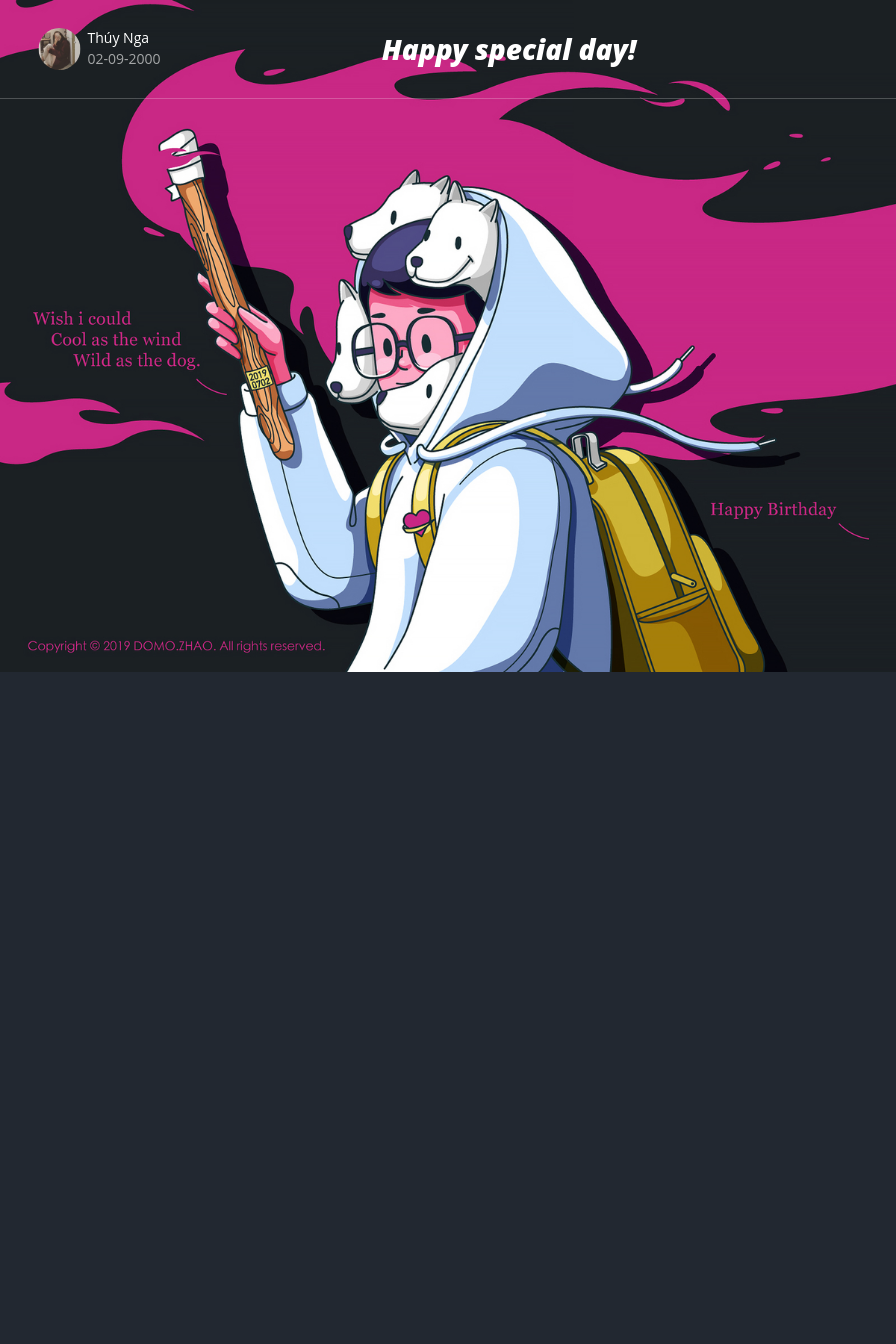
Repository: Datt21/p-happyB
Page: index.html
These files come from the project's save history. The page is drawn as it stood at one moment and after the next save; the edit follows.
The browser window is 1280 px wide. The pictures show the part of the page from y = 0 to 1920 px (the page is 2160 px tall before and 5409 px after), at 70% of full size.
Some icons come from a web library that is not loaded, so they are not drawn.

Above is the page before, as saved 2021-08-31 05:00:58.

After the next save:
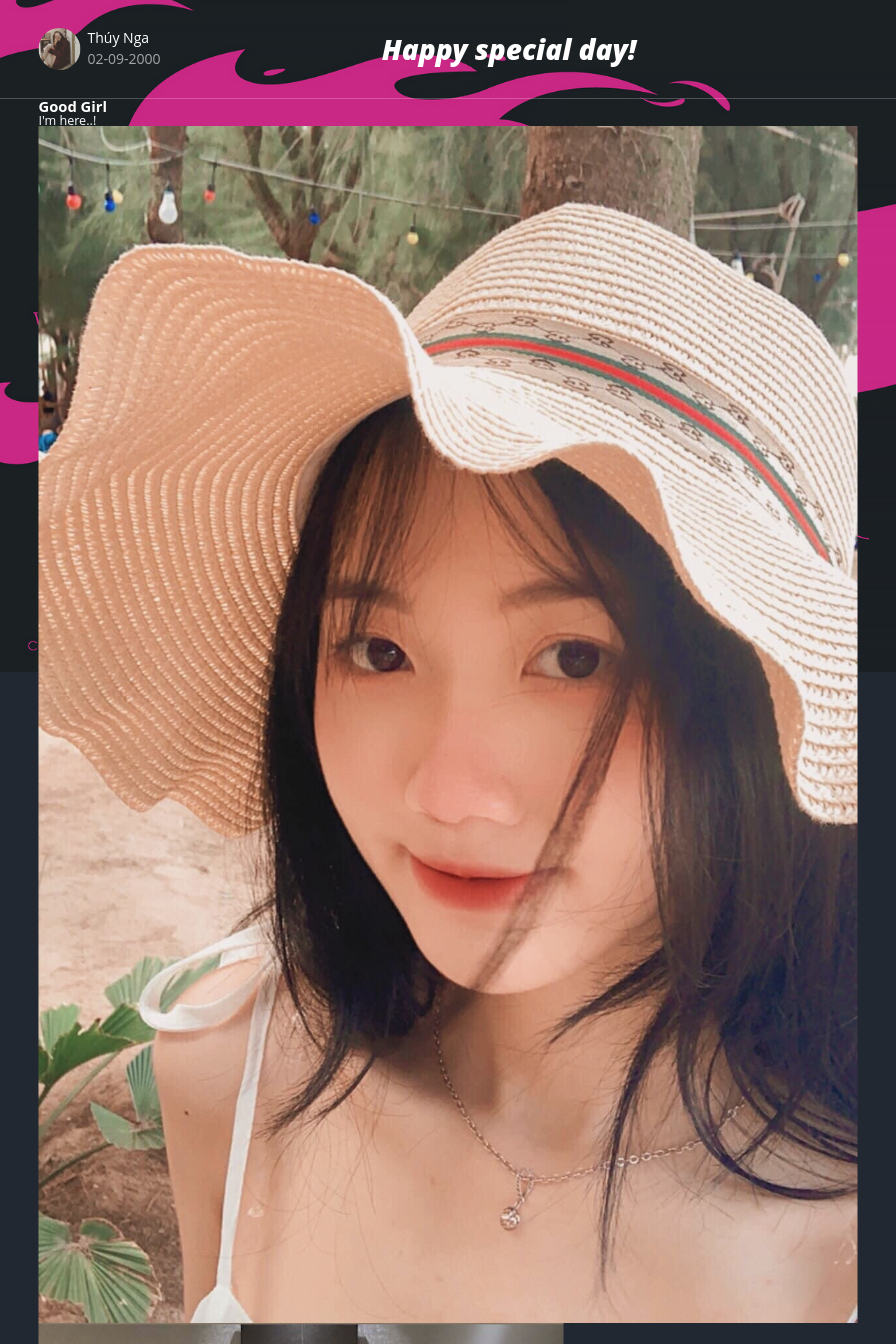
Saved 14 min 49 s later.
--- a/index.html
+++ b/index.html
@@ -31,6 +31,31 @@
             </div>
         </div>
     </header>
+
+    <main>
+        <section class="about">
+            <div class="container">
+                <div class="you-header">
+                    <h3 class="caption">Good Girl</h3>
+                    <div class="heading">I'm here..!</div>
+                </div>
+                <div class="about-list">
+                    <div class="about-item">
+                        <img src="./images/img1.jpg" alt="">
+                    </div>
+                    <div class="about-item">
+                        <img src="./images/img2.jpg" alt="">
+                    </div>
+                    <div class="about-item">
+                        <img src="./images/img3.jpg" alt="">
+                    </div>
+                    <div class="about-item">
+                        <img src="./images/img4.jpg" alt="">
+                    </div>
+                </div>
+            </div>
+        </section>
+    </main>
 </div>
     <script src="./app.js"></script>
 </body>
